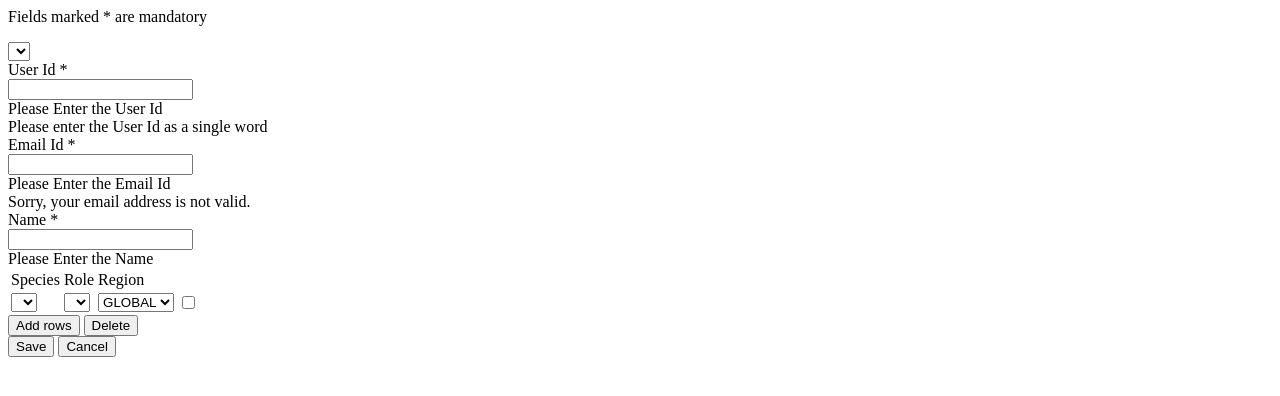
Repository: yangmiemie2017/local.backup
Page: Starter/NewApplication/src/main/resources/static/Scripts/spa/administration/manage-users-details.html
These files come from the project's save history. The page is drawn as it stood at one moment and after the next save; the edit follows.
The browser window is 1280 px wide. The pictures show the whole page.

Above is the page before, as saved 2018-06-29 07:29:48.

After the next save:
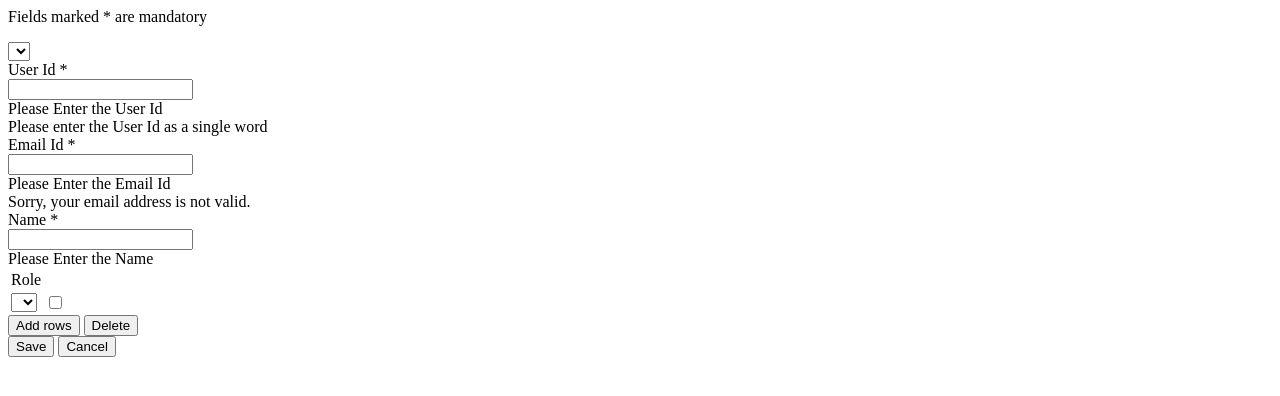
Saved 97 s later.
--- a/Starter/NewApplication/src/main/resources/static/Scripts/spa/administration/manage-users-details.html
+++ b/Starter/NewApplication/src/main/resources/static/Scripts/spa/administration/manage-users-details.html
@@ -54,29 +54,17 @@
                     <div class="form-group manage_detail_tableBox">
                         <table class="table table-bordered table-species-roles manage_detail_tableBox_table">
                             <tr class="active">
-                                <td>Species</td>
                                 <td>Role</td>
-                                <td>Region</td>
                                 <td ng-show="manageUsers.user.action == 'Update'">&nbsp;</td>
                             </tr>
-                            <tr ng-repeat="speciesAndRole in manageUsers.user.speciesAndRoles track by $index">
+                            <tr ng-repeat="role in manageUsers.user.roles track by $index">
                                 <td>
-                                    <select ng-model="speciesAndRole.species" ng-options="x as y for (x, y) in manageUsers.speciesList" class="form-control input-sm" ng-disabled="manageUsers.user.action == 'Delete'" ng-change="manageUsers.changeSpecies($index,speciesAndRole.species)">
+                                    <select ng-model="role.role" ng-options="x as y for (x, y) in manageUsers.rolesList" class="form-control input-sm" ng-disabled="manageUsers.user.action == 'Delete'">
                                         <option value="">&nbsp;</option>
                                     </select>
                                 </td>
-                                <td>
-                                    <select ng-model="speciesAndRole.role" ng-options="x as y for (x, y) in manageUsers.rolesList" class="form-control input-sm" ng-disabled="manageUsers.user.action == 'Delete'">
-                                        <option value="">&nbsp;</option>
-                                    </select>
-                                </td>
-                                <td>
-                                    <select ng-model="speciesAndRole.region" ng-options="x as y for (x, y) in speciesAndRole.regionsOfSpecies" class="form-control input-sm" ng-disabled="manageUsers.user.action == 'Delete'">
-                                        <option value="">GLOBAL</option>
-                                    </select>
-                                </td>
                                 <td ng-show="manageUsers.user.action == 'Update'">
-                                    <input type="checkbox" ng-model="speciesAndRole.isChecked">
+                                    <input type="checkbox" ng-model="role.isChecked">
                                 </td>
                             </tr>
                         </table>
